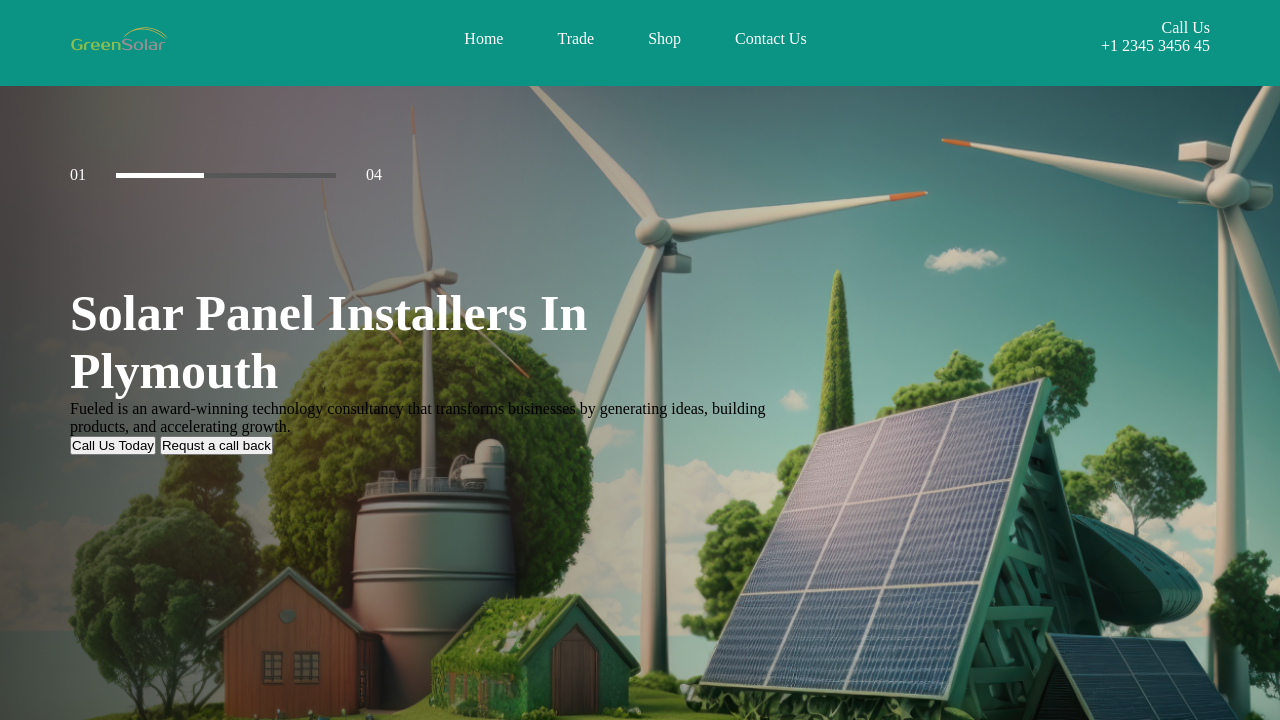
Repository: zeinawady/Solar-Company-Template
Page: index.html
These files come from the project's save history. The page is drawn as it stood at one moment and after the next save; the edit follows.
The browser window is 1280 px wide. The pictures show the whole page.

Above is the page before, as saved 2024-09-17 17:13:03.

### index.html
<!DOCTYPE html>
<html lang="en">

<head>
    <meta charset="UTF-8">
    <meta name="viewport" content="width=device-width, initial-scale=1.0">
    <title>Solar Company</title>
    <link rel="stylesheet" href="css/style.css">
    <link rel="stylesheet" href="css/all.min.css">
    <link rel="preconnect" href="https://fonts.googleapis.com">
<link rel="preconnect" href="https://fonts.gstatic.com" crossorigin>
<link href="https://fonts.googleapis.com/css2?family=Inter:ital,opsz,wght@0,14..32,100..900;1,14..32,100..900&display=swap" rel="stylesheet">
</head>

<body>
    <!-- start header -->
    <header>
        <div class="container">
            <img src="images/Logo.png" width="100" alt="logo" class="logo">
            <nav>
                <ul class="nav-links">
                    <li><a href="#">Home</a></li>
                    <li><a href="#">Trade</a></li>
                    <li><a href="#">Shop</a></li>
                    <li><a href="#">Contact Us</a></li>
                </ul>
            </nav>
            <div class="nav-info">
                <div>Call Us</div>
                <div>+1 2345 3456 45</div>

            </div>
            <div class="burger">
                <i class="fas fa-bars"></i>
                <ul class="navHover">
                    <li><a href="#">Home</a></li>
                    <li><a href="#">Trade</a></li>
                    <li><a href="#">Shop</a></li>
                    <li><a href="#">Contact Us</a></li>
                </ul>

            </div>
        </div>
    </header>

    <!-- end header -->

    <!-- start landing -->
    <div class="landing">
        <div class="container">
            <div class="progress-container">
                <span>01</span>
                <progress value="40" max="100"></progress>
                <span>04</span>
            </div>
            <div class="landing-text">
                <h1 class="main-text">Solar Panel Installers In Plymouth</h1>
                <div class="sub-text">
                    Fueled is an award-winning technology consultancy that transforms businesses by generating ideas,
                    building products, and accelerating growth.
                </div>

                <div class="btn-container">
                    <button class="btn">Call Us Today</button>
                    <button class="btn yellow-bt">Requst a call back</button>
                </div>
            </div>
        </div>
    </div>
    <!-- end landing -->

</body>

</html>

### css/style.css
*{
    margin: 0;
    padding: 0;
    box-sizing: border-box;
}
html{
    scroll-behavior: smooth;
}
.container{
    padding-left: 15px;
    padding-right: 15px;
    margin: 0 auto;
    max-width: 1170px; /* Set a maximum width */
    width: 100%;
}
ul{
    list-style: none;
}
a{
    text-decoration: none;
}
:root{
    --main-color: hsla(173, 86%, 31%, 1);
    --secondary-color:hsla(42, 100%, 55%, 1);
    --font-color: hsla(221, 43%, 11%, 1);

}
@media (min-width:768px) {
    .container {
        width: 750px;
    }

}

@media (min-width:992px) {
    .container {
        width: 970px;
    }
}

@media (min-width:1200px) {
    .container {
        width: 1170px;
    }
}

/* start header */
header{
    background-color: var(--main-color);
height: 86px;
}
header .container{
    display: flex;
    justify-content: space-between;
    align-items: center;

}
.nav-links li{
    display: inline-block;
    padding: 30px 25px;

}
.nav-links li a{
    color: hsla(0, 0%, 100%, 1);
    transition: all 0.3s ease 0s;
}
.nav-info{
    color: hsla(0, 0%, 100%, 1);
padding-bottom: 5px;
display: flex;
flex-direction: column;
align-items: flex-end;
}
.burger{
    display: none;
    color: hsla(0, 0%, 100%, 1) ;
    font-size: 30px;
    cursor: pointer;
    position: relative;
}

@media (max-width:768px){
    .burger{
        display: block;
        padding-top: 24px;
        position: relative;
        z-index: 10;
    }
    .navHover , .nav-links {
        display: none;
    }
    .nav-info{
        display: none;
    }
    .burger:hover .navHover{
        display: block;
        position: absolute;
        top: 86px;
        right: 15px;
        background-color:rgb(255, 250, 244);
        z-index: 99;
        border-radius: 15px;
        padding: 20px;
        box-shadow: 0 4px 8px rgba(0, 0, 0, 0.1);
    }
}

/* end header */

/* start landing */

.landing{
    background-image: url(../images/solar-panels-meadow\ 1.png);
    background-size: cover;
    height: calc(100vh - 86px);
}
.landing .container{
    padding-top: 80px;

}
.progress-container{
    display: flex;
    align-items: center;
    padding-bottom: 100px;
}
.progress-container span{
    color: white;
font-weight: 500;


}
.progress-container span:first-child{
padding-right:30px;

}
.progress-container span:last-child{
    padding-left: 30px;
}
.progress-container progress{
   width: 220px;
   height: 5px;
   appearance: none;
}
progress::-webkit-progress-bar {
    background-color:hsla(0, 0%, 34%, 1);
}
progress::-webkit-progress-value {
    background-color:hsla(0, 0%, 100%, 1);
}

.landing-text{
    max-width: 729px;
}
h1{
    font-size: 50px;
    color: white;
}
/* end landing */

Loaded but not shown: css/all.min.css (library)

After the next save:
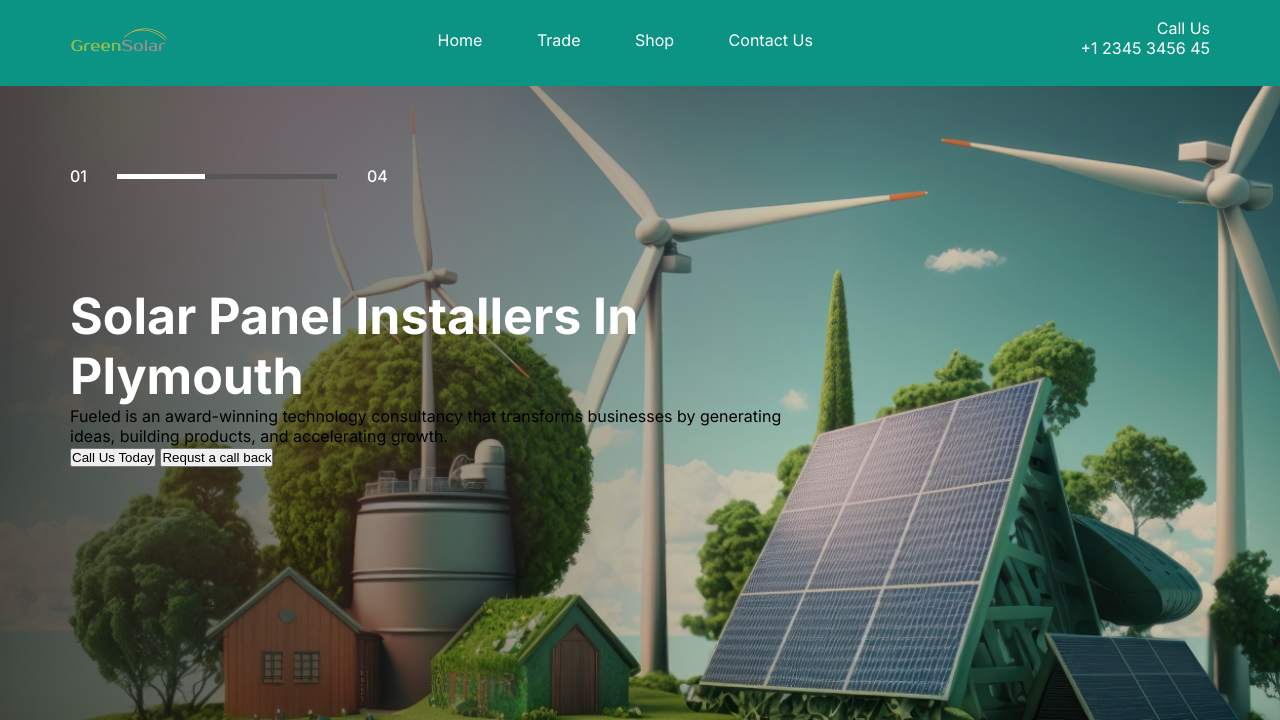
Saved 18 s later.
--- a/css/style.css
+++ b/css/style.css
@@ -5,6 +5,9 @@
 }
 html{
     scroll-behavior: smooth;
+}
+body{
+    font-family: "Inter", sans-serif;
 }
 .container{
     padding-left: 15px;
